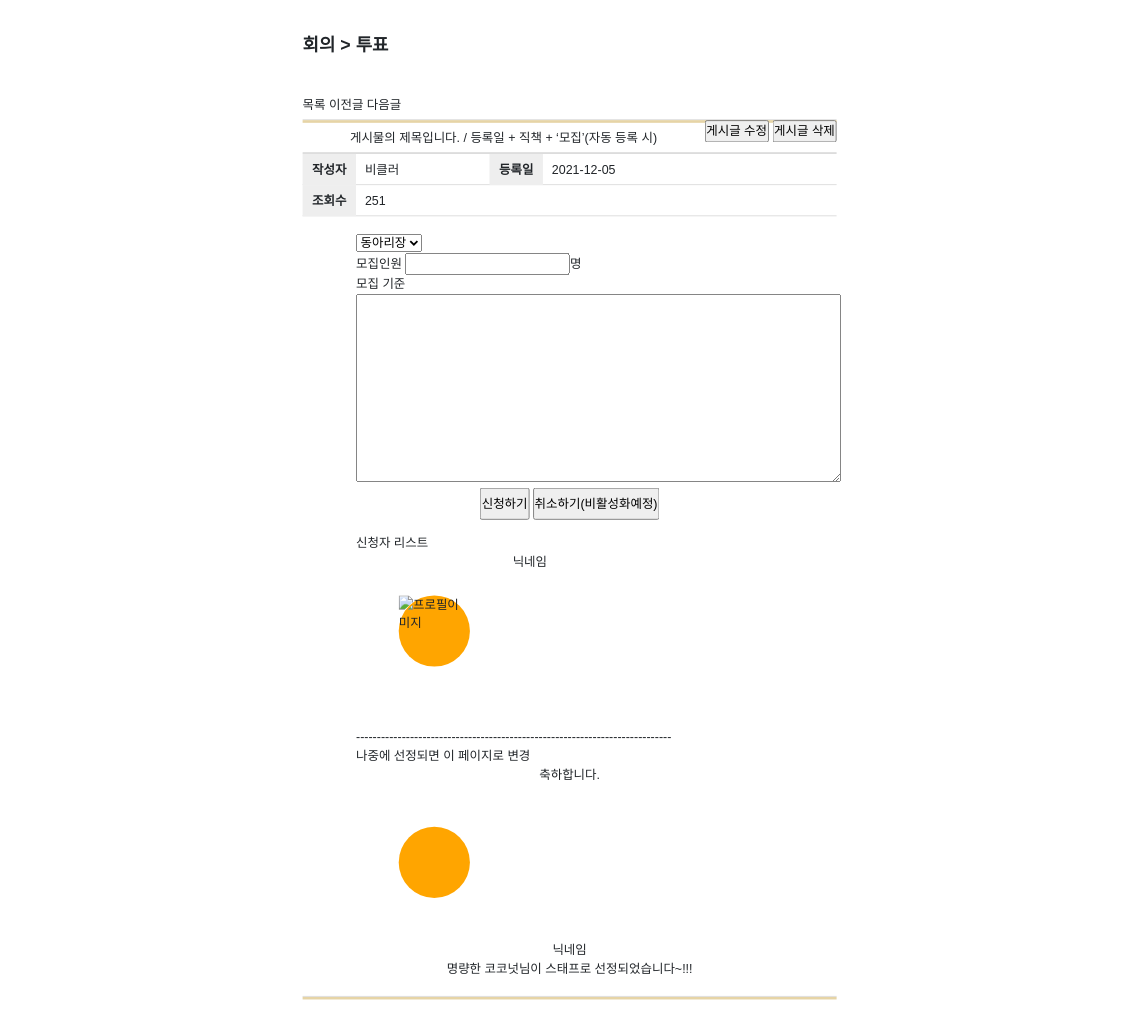
Repository: hyodii/FinalProject
Page: http://localhost/ViewPage/beeMeetingArticle.jsp
An editor plug-in stored every save of this project. The page is shown before and after the next save, followed by the edit.
The browser window is 1280 px wide. The pictures show the whole page, at 89% of full size.
The page is served by Tomcat 9.

Above is the page before, as saved 2021-12-12 09:03:24.

After the next save:
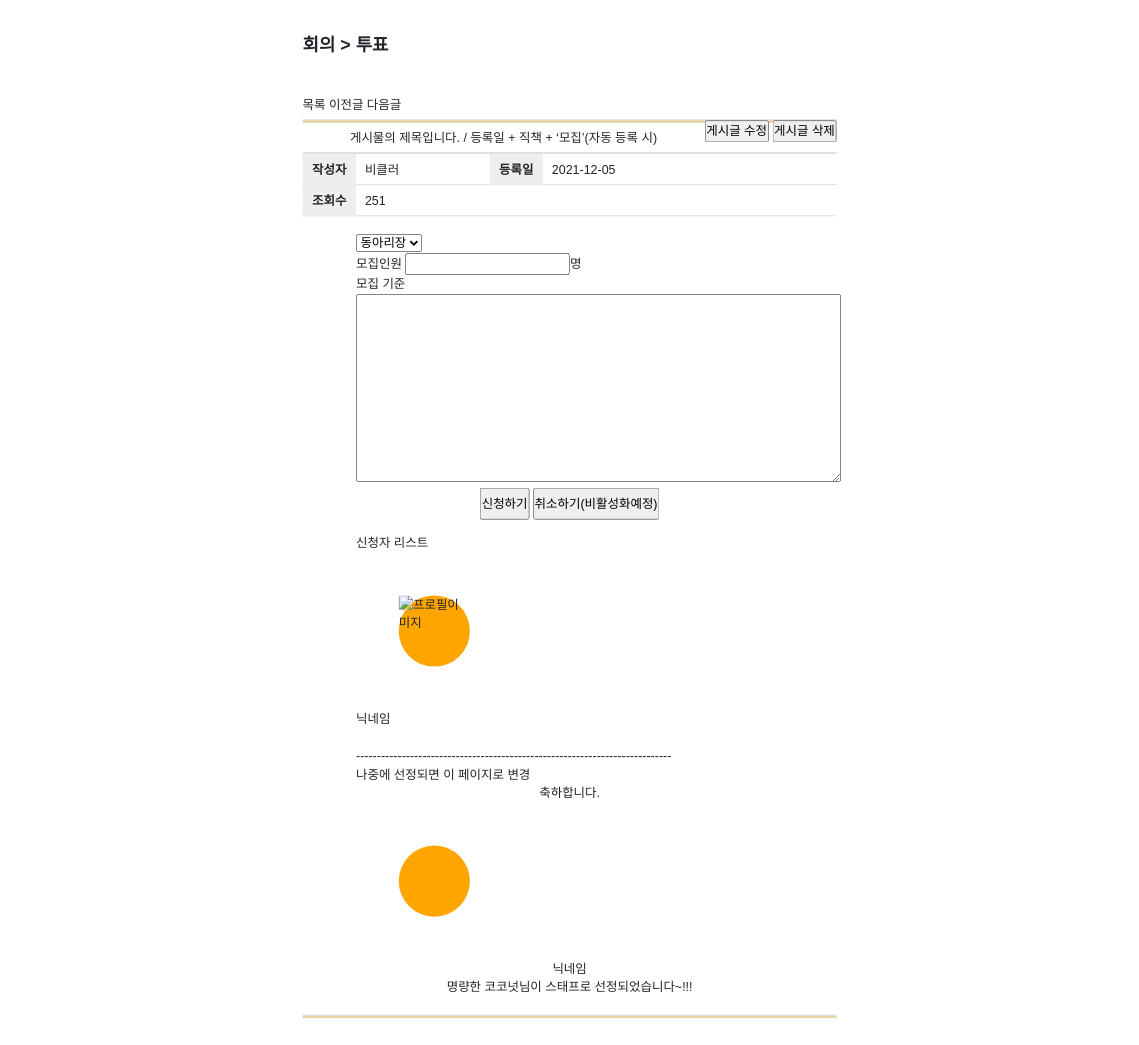
Saved 21 s later.
--- a/ViewPage/WebContent/beeMeetingArticle.jsp
+++ b/ViewPage/WebContent/beeMeetingArticle.jsp
@@ -180,7 +180,7 @@ body {font-family: 'Noto Sans KR', sans-serif; font-size: 14px;}
 
 .profile
 {
-	display: flex;
+	/* display: flex; */
 }
 .congratulation
 {
